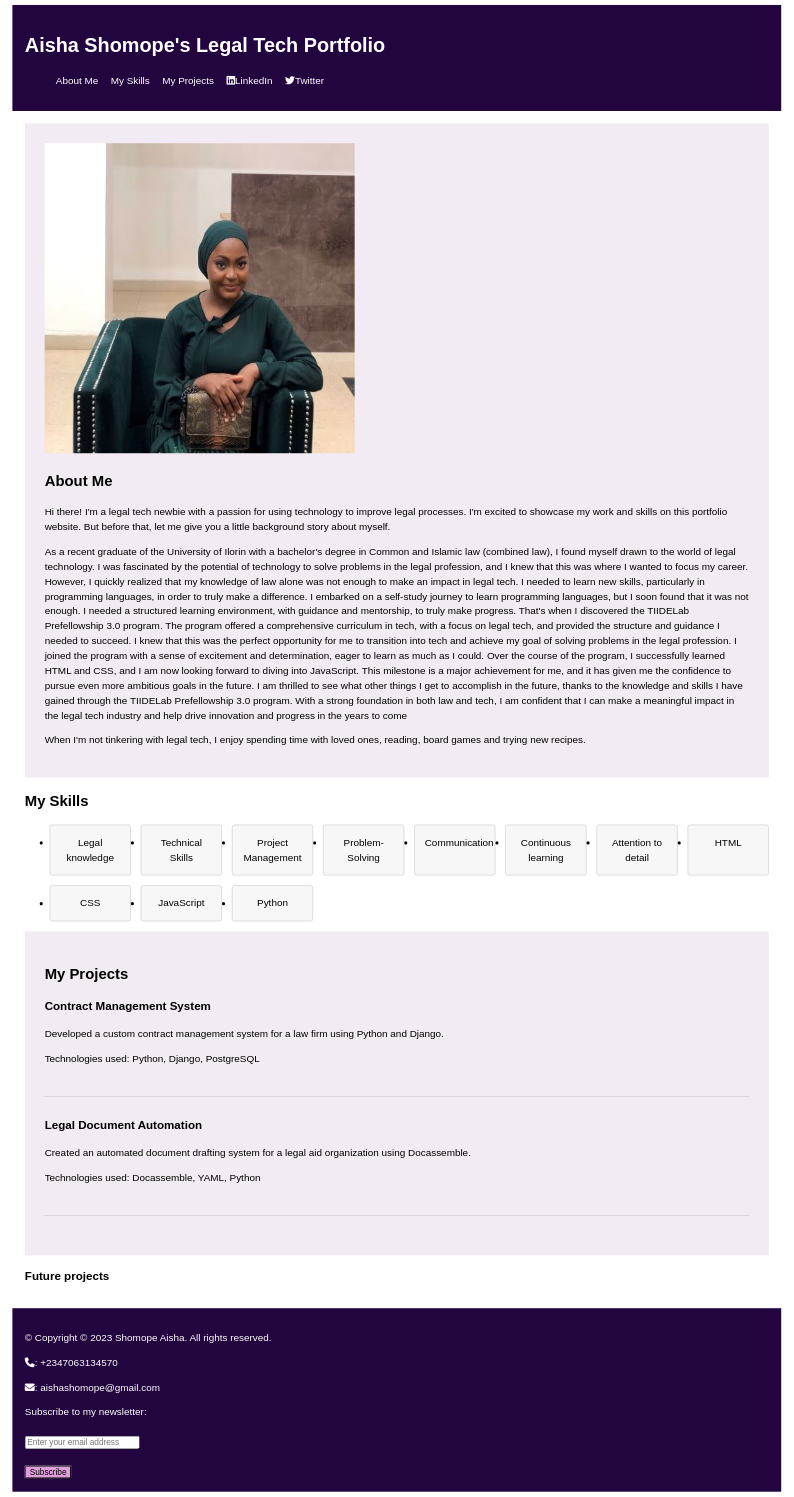
Repository: Iyewande/AishasPortfolio
Page: Index.html
An editor plug-in stored every save of this project. The page is shown before and after the next save, followed by the edit.
The browser window is 1280 px wide. The pictures show the whole page, at 62% of full size.
Some web libraries are served in a nearby version.

Above is the page before, as saved 2023-05-01 22:22:17.

After the next save:
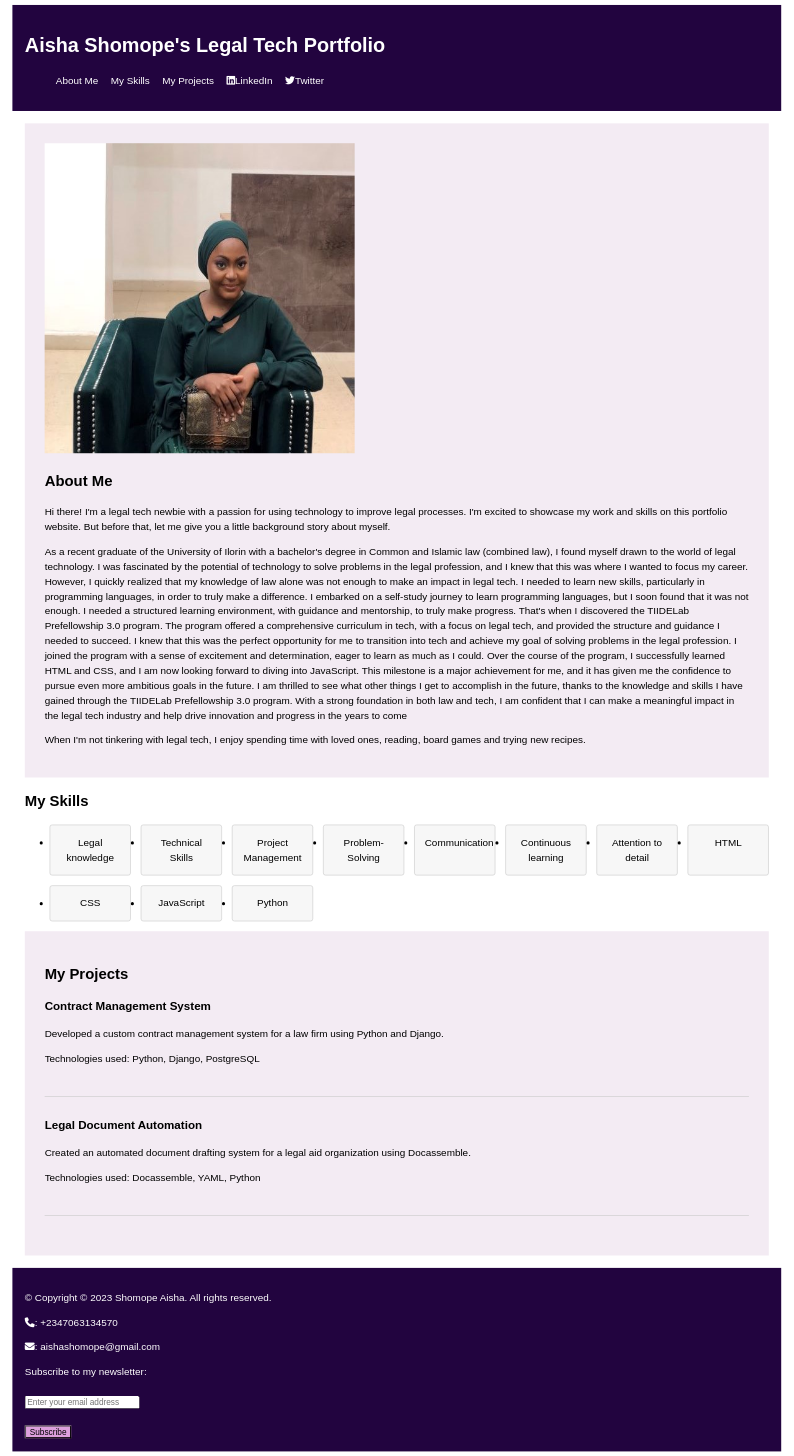
Saved 88 s later.
--- a/Index.html
+++ b/Index.html
@@ -73,7 +73,7 @@
                 </ul>
               </section>
               <section>
-                <h3 id="futureProjects">Future projects</h3>
+                <!-- <h3 id="futureProjects">Future projects</h3> -->
                 <!-- As a complete legal tech newbie with only legal knowledge, HTML, and CSS skills, you can still build a portfolio
                        that showcases your abilities and potential. Here are some project ideas: -->
 
